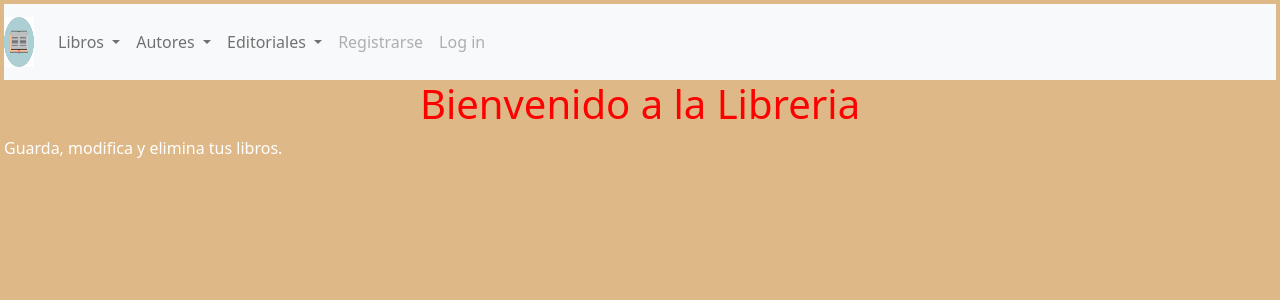
Repository: frnalonso/libreria
Page: src/main/resources/templates/index.html
The author's editor kept a copy of each file at every save. The page is drawn from the files as they stood at one save, then again after the next save.
The browser window is 1280 px wide. The pictures show the whole page.

Above is the page before, as saved 2021-11-13 13:50:01.

After the next save:
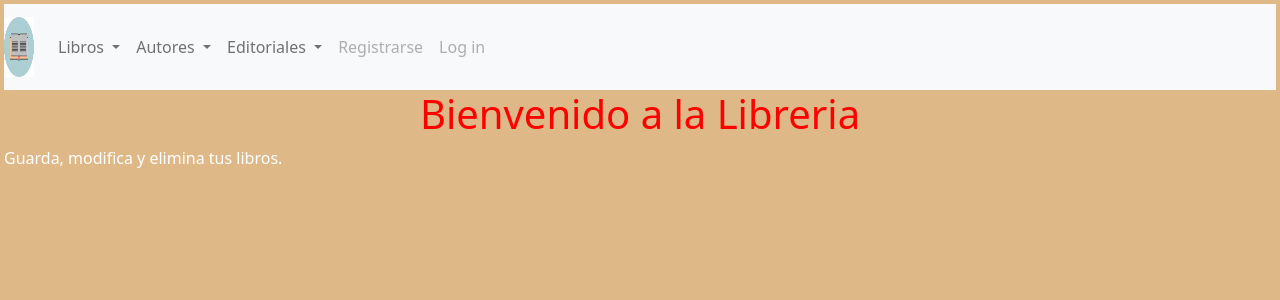
Saved 6 s later.
--- a/src/main/resources/templates/index.html
+++ b/src/main/resources/templates/index.html
@@ -14,7 +14,7 @@
   </head>
   <body class="p-1 text-white">
     <nav class="navbar navbar-expand-lg navbar-light bg-light">
-        <a class="navbar-brand" href="/" ><img src="/images/icono_libreria2.jpg" width="30px" height="50px" alt=""></a>
+        <a class="navbar-brand" href="/" ><img src="/images/icono_libreria2.jpg" width="30px" height="60px" alt=""></a>
         <button class="navbar-toggler" type="button" data-toggle="collapse" data-target="#navbarNavAltMarkup" aria-controls="navbarNavAltMarkup" aria-expanded="false" aria-label="Toggle navigation">
           <span class="navbar-toggler-icon"></span>
         </button>
